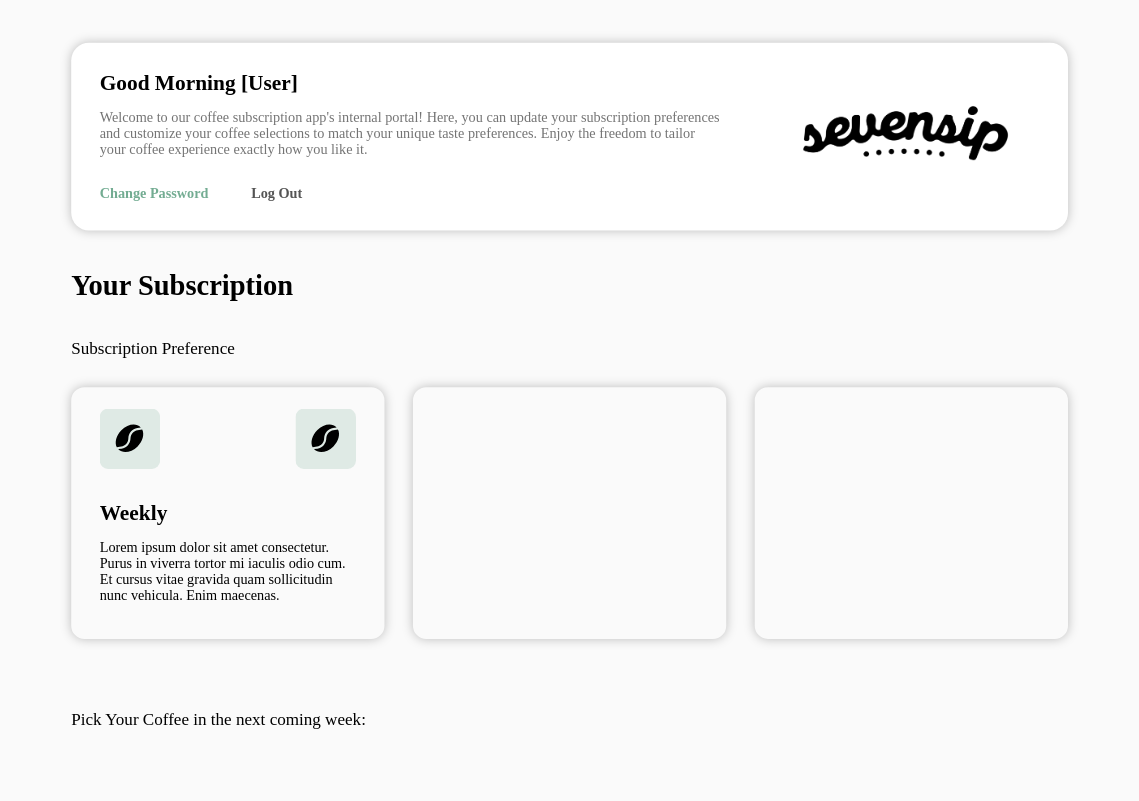
Repository: Haydenleung/COMP-4170-Final-Project
Page: http://localhost/main
The author's editor kept a copy of each file at every save. The page is drawn from the files as they stood at one save, then again after the next save.
The browser window is 1280 px wide. The pictures show the whole page, at 89% of full size.
The page is served by the project's Node server (app.js).

Above is the page before, as saved 2024-03-22 18:11:17.

### views/main.ejs
<%- include('partials/header') %>


    <div class="main-container">
        <div class="main-subcontainer">
            <div class="main-welcome">
                <div class="main-greeting">
                    <h3>Good Morning [User]</h3>
                    <p>Welcome to our coffee subscription app's internal portal! Here, you can update your subscription
                        preferences and customize your coffee selections to match your unique taste preferences. Enjoy
                        the freedom to tailor your coffee experience exactly how you like it.</p>
                </div>
                <div class="main-feature">
                    <a href="/edit" class="mainbtn chnpassword">Change Password</a>
                    <a href="/" class="mainbtn logout">Log Out</a>
                </div>
            </div>
            <div class="main-logo-container">
                <img class="main-logo" src="/images/logo.png" alt="company logo" />
            </div>
        </div>
        <div class="main-content">
            <h4>Your Subscription</h4>
            <div class="subscribe-section">
                <h5>Subscription Preference</h5>
                <div class="subscribe-container">
                    <div class="sub-option">
                        <img class="tick" src="/images/week.svg" alt="icon" />
                        <img class="sub-icon" src="/images/week.svg" alt="icon" />
                        <div class="sub-title">Weekly</div>
                        <p class="sub-body">Lorem ipsum dolor sit amet consectetur. Purus in viverra tortor mi iaculis
                            odio cum. Et
                            cursus vitae gravida quam sollicitudin nunc vehicula. Enim maecenas.</p>
                    </div>
                    <div class="sub-option"></div>
                    <div class="sub-option"></div>
                </div>
            </div>
            <div class="coffee-section">
                <h5>Pick Your Coffee in the next coming week:</h5>
                <div></div>
            </div>
        </div>
    </div>

    <%- include('partials/footer') %>

### views/partials/header.ejs
<!DOCTYPE html>
<html lang="en">

<head>
    <meta charset="UTF-8" />
    <meta http-equiv="X-UA-Compatible" content="IE=edge" />
    <meta name="viewport" content="width=device-width, initial-scale=1.0" />
    <link rel="stylesheet" href="styles/main.css" />
    <title>Subscriber Portal</title>
</head>

<body>
    <main>

### app.js
import express from "express";
import pg from "pg";

const app = express();
const port = 3000;

app.set('view engine', 'ejs');

app.use(express.urlencoded({ extended: true }));
app.use(express.static("public"));

app.get("/", (req, res) => {
    res.render("index.ejs");
});

app.get("/register", (req, res) => {
    res.render("register.ejs");
});

app.get("/main", (req, res) => {
    res.render("main.ejs");
});

app.listen(port, () => {
    console.log(`Server running on port ${port}`);
});

### public/styles/main.css
* {
    box-sizing: border-box;
    font-family: "Montserrat";
}

html {
    background-color: #FAFAFA;
    height: 100vh;
    padding: 0;
    margin: 0;
}

body {
    display: flex;
    flex-direction: column;
    padding: 0;
    margin: 0;
    height: 100%;
}

main {
    display: flex;
    flex-grow: 1;
}

.home {
    display: flex;
    flex-direction: row;
    height: 100%;
    width: 100%;
}

.photo {
    object-fit: cover;
    width: 100%;
    height: 100%;
    border-radius: 0 20px 20px 0;
}

.home-photo {
    height: 100%;
    flex-grow: 1;
    overflow: hidden;
}

.home-login {
    min-width: 40rem;
    display: flex;
    flex-direction: column;
    justify-content: center;
    align-items: center;
}

.login-container {
    width: 100%;
    height: 100%;
    display: flex;
    flex-direction: column;
    justify-content: center;
    align-items: center;
    padding: 1rem 8rem;
}

.logo {
    width: 10rem;
    margin-bottom: 4rem;
}

.form-container {
    display: flex;
    flex-direction: column;
    align-items: center;
    /* background-color: grey; */
    width: 100%;
    margin-bottom: 1.5rem;
}

h3 {
    font-size: 1.5em;
}

.form-title {
    text-align: center;
    margin-bottom: 3rem;
}

.form-main {
    width: 100%;
    display: flex;
    flex-direction: column;
    align-items: center;
    gap: 1.5rem;
}

.login-form {
    width: 100%;
}

.login-button {
    width: 100%;
    display: flex;
    flex-direction: column;
    gap: 1.5rem;
    margin-top: 2rem;
}

.forminput {
    width: 100%;
    height: 3rem;
    background-color: transparent;
    border: none;
    border-bottom: 1px solid black;
    padding: 1rem;
    font-size: 1em;
}

.forminput:focus {
    outline: none;
}

.submitbtn,
.regbtn {
    width: 100%;
    height: 3rem;
    border-radius: 6px;
    border: none;
    font-size: 1em;
    font-weight: 600;
    color: white;
    cursor: pointer;
    text-decoration: none;
    display: flex;
    justify-content: center;
    align-items: center;
}

.submitbtn {
    background-color: #73AC92;
}

.regbtn {
    background-color: #969696
}

.regisblue {
    background-color: #3EA1DB;
}

/* Main */

.main-container {
    width: 100%;
    display: flex;
    flex-direction: column;
    align-items: center;
    padding: 3rem 5rem;
}

.main-subcontainer {
    width: 100%;
    background-color: white;
    border-radius: 15pt;
    box-shadow: 0 0 12px rgba(0, 0, 0, 0.25);
    display: flex;
    flex-direction: row;
    padding: 2rem;
    justify-content: center;
    align-items: center;
    gap: 5%;
}

.main-welcome {
    flex-grow: 1;
    display: flex;
    flex-direction: column;
    justify-content: center;
    width: 100%;
    height: 100%;
    gap: 1rem;
}


.main-greeting>p {
    color: #747474;
    font-weight: 500;
}

.mainbtn {
    text-decoration: none;
    font-weight: 600;
}

.mainbtn:hover {
    text-decoration: underline;
    text-underline-offset: 8px;
}

.chnpassword {
    color: #73AC92;
}

.logout {
    color: #545454;
}

.main-feature {
    display: flex;
    flex-direction: row;
    gap: 3rem;
}

.main-logo-container {
    padding: 2rem;
    width: 40%;
}

.main-logo {
    width: 100%;
}

.main-content {
    width: 100%;
}

.subscribe-section {
    width: 100%;
    margin-bottom: 5rem;
}

.subscribe-container {
    display: grid;
    grid-template-columns: 1fr 1fr 1fr;
    gap: 2rem;
}

.sub-option {
    min-height: 12rem;
    box-shadow: 0 0 12px rgba(0, 0, 0, 0.25);
    border-radius: 15px;
    padding: 1.5rem 2rem;
    position: relative;
}

.sub-icon {
    margin-bottom: 2rem;
}

.tick {
    position: absolute;
    right: 2rem;
}

.sub-title {
    font-size: 1.5em;
    font-weight: 600;
    margin-bottom: 1rem;
}

h3 {
    margin: 0;
}

h4 {
    font-size: 2em;
}

h5 {
    font-size: 1.2em;
    font-weight: 400;
}

### public/images/week.svg
<svg width="68" height="68" viewBox="0 0 68 68" fill="none" xmlns="http://www.w3.org/2000/svg">
<rect width="68" height="68" rx="10" fill="#73AC92" fill-opacity="0.2"/>
<path d="M24.2499 42.7501C26.4672 42.4209 28.4921 41.3054 29.9554 39.6073C31.4186 37.9092 32.2225 35.7416 32.2203 33.5001C32.2315 30.6863 33.2522 27.9699 35.0969 25.8452C36.9416 23.7204 39.4877 22.3283 42.272 21.9221L46.2649 21.3517C46.157 21.2284 46.0645 21.1051 45.9412 20.9817C40.9153 15.9559 31.2645 17.4667 24.3578 24.3426C18.5149 30.2626 16.5416 38.1251 19.2549 43.4592L24.2499 42.7501Z" fill="black"/>
<path d="M34.6256 33.5C34.6155 36.3133 33.5975 39.0298 31.7562 41.1568C29.9149 43.2838 27.3722 44.6804 24.5894 45.0933L20.7969 45.6329L21.0281 45.895C26.054 50.9208 35.7048 49.4254 42.6115 42.5496C48.4235 36.7529 50.4585 28.875 47.7606 23.6179L42.6115 24.3579C40.4084 24.678 38.3924 25.7754 36.9278 27.4521C35.4632 29.1287 34.6467 31.2739 34.6256 33.5Z" fill="black"/>
</svg>

Loaded but not shown: views/partials/footer.ejs (common file)

After the next save:
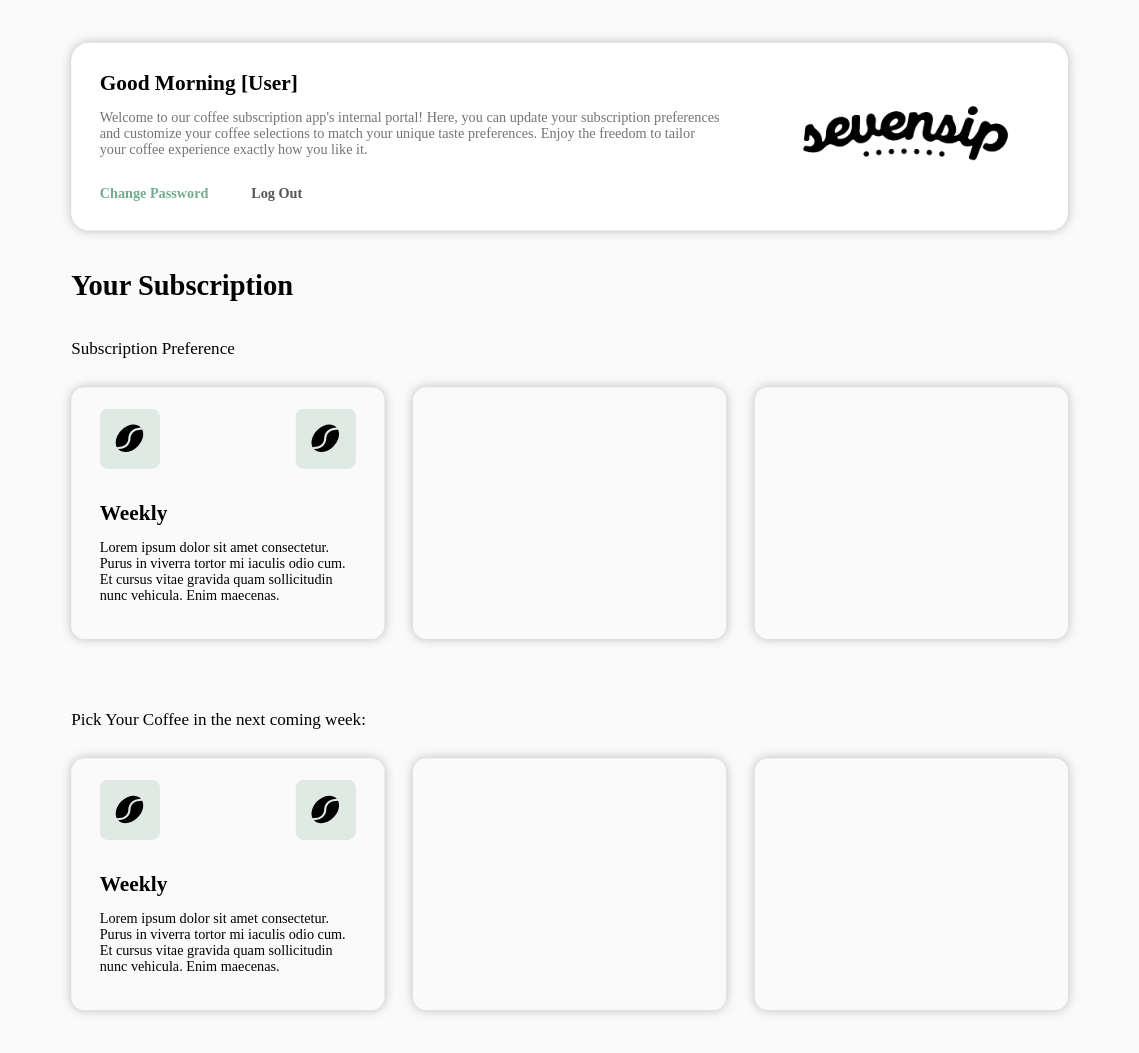
Saved 6 s later.
--- a/views/main.ejs
+++ b/views/main.ejs
@@ -38,7 +38,18 @@
             </div>
             <div class="coffee-section">
                 <h5>Pick Your Coffee in the next coming week:</h5>
-                <div></div>
+                <div class="subscribe-container">
+                    <div class="sub-option">
+                        <img class="tick" src="/images/week.svg" alt="icon" />
+                        <img class="sub-icon" src="/images/week.svg" alt="icon" />
+                        <div class="sub-title">Weekly</div>
+                        <p class="sub-body">Lorem ipsum dolor sit amet consectetur. Purus in viverra tortor mi iaculis
+                            odio cum. Et
+                            cursus vitae gravida quam sollicitudin nunc vehicula. Enim maecenas.</p>
+                    </div>
+                    <div class="sub-option"></div>
+                    <div class="sub-option"></div>
+                </div>
             </div>
         </div>
     </div>

After the save that followed:
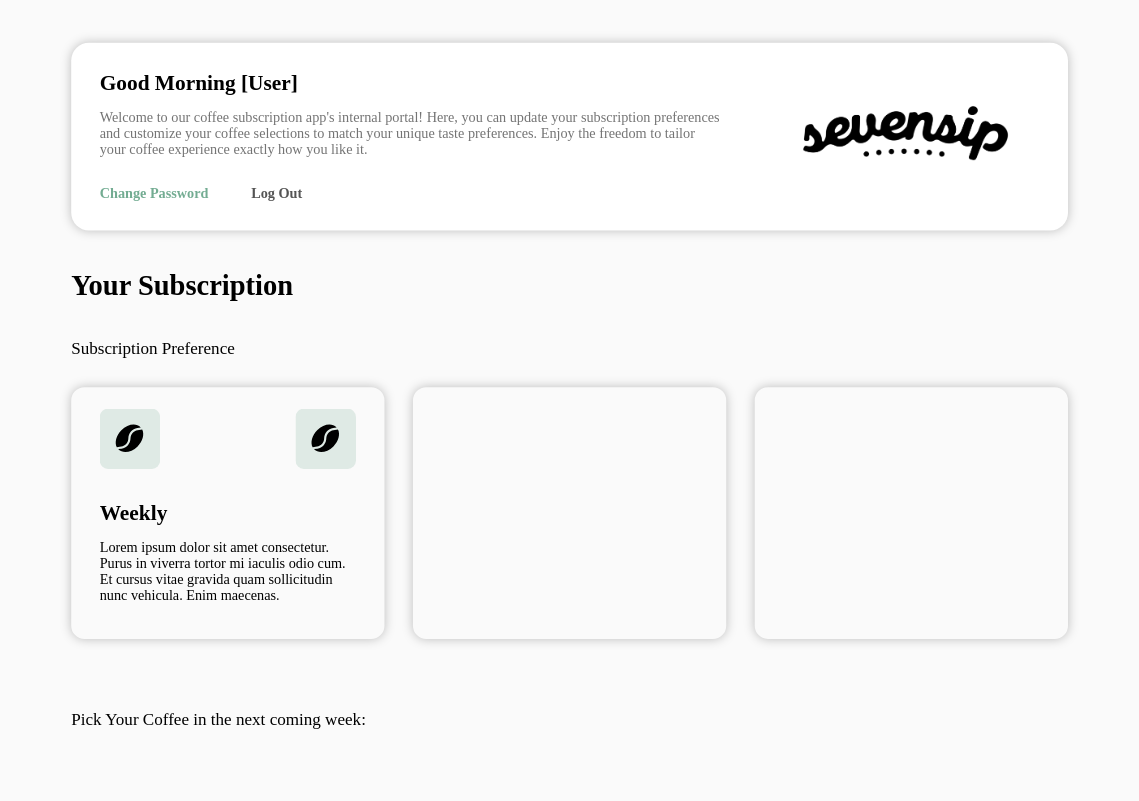
Saved 7 s later.
--- a/views/main.ejs
+++ b/views/main.ejs
@@ -38,18 +38,7 @@
             </div>
             <div class="coffee-section">
                 <h5>Pick Your Coffee in the next coming week:</h5>
-                <div class="subscribe-container">
-                    <div class="sub-option">
-                        <img class="tick" src="/images/week.svg" alt="icon" />
-                        <img class="sub-icon" src="/images/week.svg" alt="icon" />
-                        <div class="sub-title">Weekly</div>
-                        <p class="sub-body">Lorem ipsum dolor sit amet consectetur. Purus in viverra tortor mi iaculis
-                            odio cum. Et
-                            cursus vitae gravida quam sollicitudin nunc vehicula. Enim maecenas.</p>
-                    </div>
-                    <div class="sub-option"></div>
-                    <div class="sub-option"></div>
-                </div>
+                <div></div>
             </div>
         </div>
     </div>
